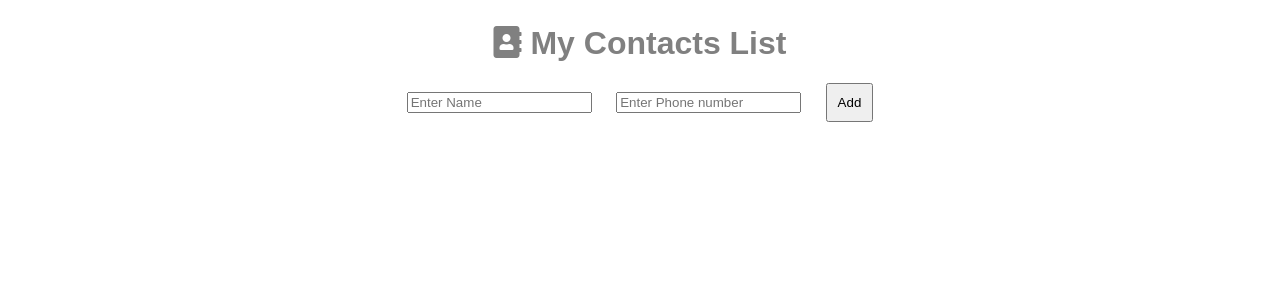
Repository: Sayan-100/Contact-List
Page: http://localhost/
The author's editor kept a copy of each file at every save. The page is drawn from the files as they stood at one save, then again after the next save.
The browser window is 1280 px wide. The pictures show the whole page.
Some web libraries are served in a nearby version. The page is served by the project's Node server (index.js). Other server files are loaded and not shown. Queries for data that is not in the repository find no rows.

Above is the page before, as saved 2022-01-09 21:40:47.

### views/home.ejs
<html>

<head>
    <title>
        <%=locals.title%>
    </title>

    <link rel="stylesheet" href="https://use.fontawesome.com/releases/v5.5.0/css/all.css" integrity="sha384-B4dIYHKNBt8Bc12p+WXckhzcICo0wtJAoU8YZTY5qE0Id1GSseTk6S+L3BlXeVIU" crossorigin="anonymous">

    <!-- our css should below all the style so that we can override -->
    <link rel="stylesheet" href="/css/home.css">

</head>

<body>
    <h1 id="page-heading">
        <i class="fas fa-address-book "></i> My Contacts List
    </h1>
    <div id="contact-list-container">
        <ul>
            <% for(let i of contact_list) {%>
                <li class="contact">
                    <div class="details-name">
                        <p>
                            <%= i.name %>
                        </p>
                    </div>
                    <div class="details-contact-number delete-button">

                        <div>
                            <p>
                                <%= i.phone %>
                            </p>
                        </div>

                        <div>
                            <a href="/delete-contact/?id=<%=i._id%>">
                                <i class="fas fa-window-close"></i>
                            </a>
                        </div>
                    </div>
                </li>
                <% } %>
        </ul>
    </div>

    <form id="new-contact-form" action="/create_contact" method="POST">
        <input type="text" name="name" required placeholder="Enter Name">
        <input type="number" name="phone" required placeholder="Enter Phone number">

        <button type="submit">Add</button>

    </form>

    <script type="text/javascript" src="/js/home.js">
    </script>

</body>

</html>

### index.js
const express = require('express');
const path = require('path');
const port = 8000;

const db = require('./config/mongoose');
const Contact = require('./models/contact');

const app = express();


app.set('view engine', 'ejs');
app.set('views', path.join(__dirname, 'views'));
app.use(express.urlencoded());
app.use(express.static('assets'));

//middleware 1
// app.use(function(req, res, next) {
//     req.myName = "Sayan";
//     // console.log("middleware 1 called");
//     next();
// })

//middleware 2
// app.use(function(req, res, next) {
//     console.log('My name from middleware 2', req.myName);
//     next();
// })

// var contactList = [{
//         name: "Arapan sir",
//         phone: "1111111111"
//     },

//     {
//         name: "Coding Ninjas",
//         phone: "2111222222"
//     },

//     {
//         name: "Sayan",
//         phone: "4444444444"
//     }

// ];


app.get('/', function(req, res) {
    // console.log(__dirname);
    // res.send('<h1>cool, it is running or is it?</h1>');
    //return

    // console.log("from the get route", req.myName);

    Contact.find({}, function(err, contacts) {
        if (err) {
            console.log('Error in fetching contact list from db');
            return;
        }

        return res.render('home', {
            title: "My contacts list",
            contact_list: contacts
        });

    });


    // return res.render('home', {
    //     title: "My contacts list",
    //     contact_list: contactList
    // });

});

app.get('/practice', function(req, res) {
    return res.render('practice', {
        title: "Let us play with ejs"
    });
});

app.get('/delete-contact', function(req, res) {
    //console.log(req.query);
    //let phone = req.query.phone;
    let id = req.query.id;
    Contact.findByIdAndDelete(id, function(err) {
        if (err) {
            console.log('error in deleting a object form database');
            return;
        }

        return res.redirect('back');
    });
    // let contactIndex = contactList.findIndex(contact => contact.phone == phone);

    // if (contactIndex != -1) {
    //     contactList.splice(contactIndex, 1);
    // }

    // return res.redirect('back');
});

app.get('/', function(req, res) {

});


app.post('/create_contact', function(req, res) {
    // return res.redirect('/practice');
    // contactList.push({
    //     name: req.body.name,
    //     phone: req.body.phone
    // });
    // contactList.push(req.body);
    Contact.create({
        name: req.body.name,
        phone: req.body.phone
    }, function(err, newContact) {
        if (err) {
            console.log('error in creating a contact!');
            return;
        }

        console.log('*********', newContact);
        return res.redirect('back');

    });

    // return res.redirect('/');
    // return res.redirect('back');
});

app.listen(port, function(err) {

    if (err) {
        console.log('Error in running Server');
    }

    console.log('Yup. My express server is running on port', port);
});

### assets/css/home.css
    body {
        margin: 0;
        font-family: sans-serif;
        text-align: center;
    }

    #page-heading {
        text-align: center;
        margin-top: 25px;
        color: grey;
    }

    li {
        list-style: none;
        display: flex;
        justify-content: space-between;
        width: 90%;
        background-color: #ffc1d5;
        margin-bottom: 5px;
        font-weight: 600;
        overflow: hidden;
        color: white;
        font-family: monaco;
    }

    input {
        margin-right: 20px;
    }

    button {
        padding: 10px;
    }

    p {
        display: inline-block;
        padding-left: 2rem;
        padding-right: 5rem;
    }

    .details-contact-number {
        display: flex;
        justify-content: space-evenly;
    }

Loaded but not shown: assets/js/home.js (common file)

After the next save:
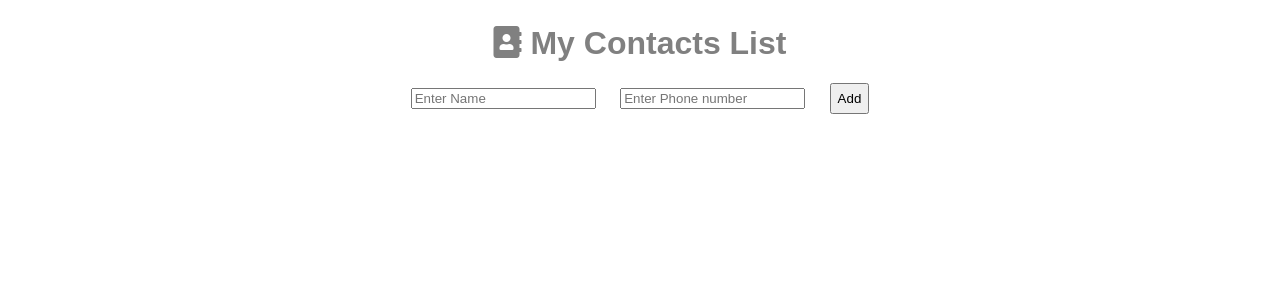
Saved 11 s later.
--- a/assets/css/home.css
+++ b/assets/css/home.css
@@ -28,7 +28,7 @@
     }
 
     button {
-        padding: 10px;
+        padding: 6px;
     }
 
     p {
